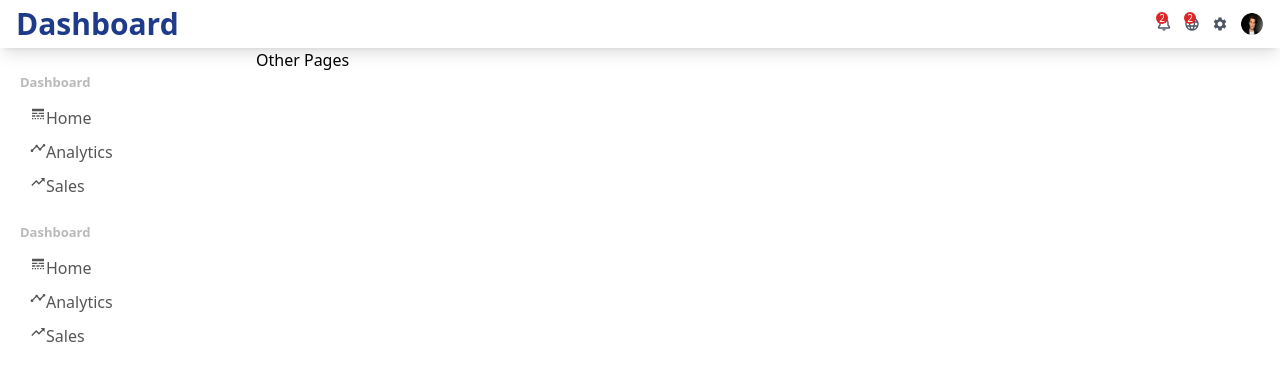
Repository: nation430/React-AdminDashboard
Page: /
An editor plug-in stored every save of this project. The page is shown before and after the next save, followed by the edit.
The browser window is 1280 px wide. The pictures show the whole page.
The project was rebuilt for these pictures with package versions that can differ from the ones it lists, and the page was loaded fresh each time.

Above is the page before, as saved 2022-08-18 12:12:51.

### public/index.html
<!DOCTYPE html>
<html lang="en">
  <head>
    <meta charset="utf-8" />
    <meta name="viewport" content="width=device-width, initial-scale=1" />
    <meta name="theme-color" content="#000000" />
    <meta
      name="description"
      content="Web site created using create-react-app"
    />
    <link rel="preconnect" href="https://fonts.googleapis.com" />
    <link rel="preconnect" href="https://fonts.gstatic.com" crossorigin />
    <link
      href="https://fonts.googleapis.com/css2?family=Source+Sans+Pro:wght@200;300;400;600;700&display=swap"
      rel="stylesheet"
    />

    <title>React Admin Dashboard</title>
  </head>
  <body>
    <noscript>You need to enable JavaScript to run this app.</noscript>
    <div id="root"></div>
  </body>
</html>

### src/index.css
@tailwind base;
h1 {
  @apply text-2xl;
}
h2 {
  @apply text-xl;
}
h3 {
  @apply text-lg;
}
@tailwind components;
@tailwind utilities;

* {
  margin: 0;
  padding:0;
  box-sizing: border-box;

}

### src/App.js
import Topbar from "./components/topbar/Topbar";
import Sidebar from "./components/sidebar/Sidebar";
import "./app.css";

function App() {
  return (
    <div>
      <Topbar />
      <div className="wrapper flex h-full">
        <Sidebar />
        <div className="other">Other Pages</div>
      </div>
    </div>
  );
}

export default App;

### src/components/topbar/Topbar.jsx
import React from "react";
import  "./topbar.css";
import { BiBell } from 'react-icons/bi';
import { MdLanguage, MdSettings  } from "react-icons/md";


export default function Topbar () {
    return(
        <div className="topbar w-full h-12 bg-white sticky top-0 z-50 shadow-lg ">
            <div className="topbarWeapper flex items-center justify-between h-full px-4 py-0">
            <div className="topLeft">
                <span className="logo font-bold text-3xl text-blue-900 cursor-pointer ...">Dashboard</span>
            </div>
            <div className="topRight flex items-center">

                {/* First icon  */}
                <div className="topbarIconsContainer relative cursor-pointer ... ml-3 text-gray-600">
                <BiBell />
                <span className="topIconBadge absolute text-white bg-red-600 right-1 -top-1 flex items-center justify-center rounded-full text-xs h-3 w-3">2</span>
                </div>

                   {/*second icon  */}
                <div className="topbarIconsContainer relative cursor-pointer ... ml-3 text-gray-600">
                <MdLanguage />
                <span className="topIconBadge absolute text-white bg-red-600 right-1 -top-1 flex items-center justify-center rounded-full text-xs h-3 w-3">2</span>
                </div>


                    {/*third icon  */}
                <div className="topbarIconsContainer relative cursor-pointer ... mx-3 text-gray-600">
                < MdSettings  />
                </div>

                <img src="images/img.png" alt="BigCo Inc. logo"  className="topAvater w-6 h-6 rounded-full cursor-pointer ..."/>

            </div>
            </div>
        </div>
    )

}

### src/components/sidebar/Sidebar.jsx
import "./sidebar.css";
import { MdLineStyle, MdOutlineTimeline, MdTrendingUp } from "react-icons/md";

export default function sidebar(){
    return(
        <div className="sidebar sticky bg-white">
        <div className="sidebarWrapper p-5">
            {/* first sidenavbar */}
            <div className="sidebarMenu mb-2.5">
                <h3 className="sidebarTitle">Dashboard</h3>
                <ul className="sidebarList px-4 py-0">
                    <li className="sidebarListItems flex">
                    <MdLineStyle />
                    Home
                    </li>

                    <li className="sidebarListItems flex">
                    <MdOutlineTimeline />
                    Analytics
                    </li>


                    <li className="sidebarListItems flex">
                    <MdTrendingUp />
                   Sales
                    </li>




                </ul>
            </div>

            {/* second sidenavbar */}
            <div className="sidebarMenu mb-2.5">
                <h3 className="sidebarTitle">Dashboard</h3>
                <ul className="sidebarList py-1">
                    <li className="sidebarListItems flex">
                    <MdLineStyle />
                    Home
                    </li>

                    <li className="sidebarListItems flex">
                    <MdOutlineTimeline />
                    Analytics
                    </li>


                    <li className="sidebarListItems flex">
                    <MdTrendingUp />
                   Sales
                    </li>
                </ul>
            </div>
        </div>
        </div>
    )
}

### src/app.css

* {
    margin: 0;
    padding:0;
    box-sizing: border-box;

}

.other {
    flex:4;

}

h1{
    font-size: 2em ;
    font-weight: bolder;
}

h2{
    font-size: 1.5em ;
    font-weight: bolder;
}

h3{
    font-size: 1.17em ;
    font-weight: bolder;
}

### src/components/topbar/topbar.css
.text-xs{
    font-size: 10px;
  }

### src/components/sidebar/sidebar.css
.sidebar{
    flex: 1;
    height: calc(100vh - 50px);
    top:50px;
}

.sidebarWrapper{
    color: #555;
}

.sidebarTitle{
    font-size: 13px;
    color:rgb(187, 186, 186);
}

.sidebarList{
    padding:5px;

}


.sidebarListItems {
    padding:5px;
}

Loaded but not shown: src/index.js (common file); tailwind.config.js (common file)

After the next save:
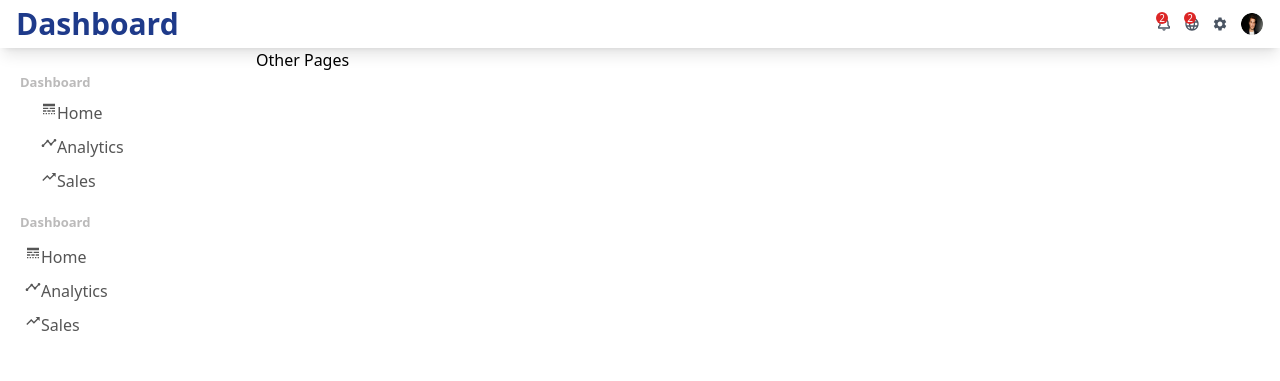
Saved 15 s later.
--- a/src/components/sidebar/sidebar.css
+++ b/src/components/sidebar/sidebar.css
@@ -14,7 +14,7 @@
 }
 
 .sidebarList{
-    padding:5px;
+    /* padding:5px; */
 
 }
 

After the save that followed:
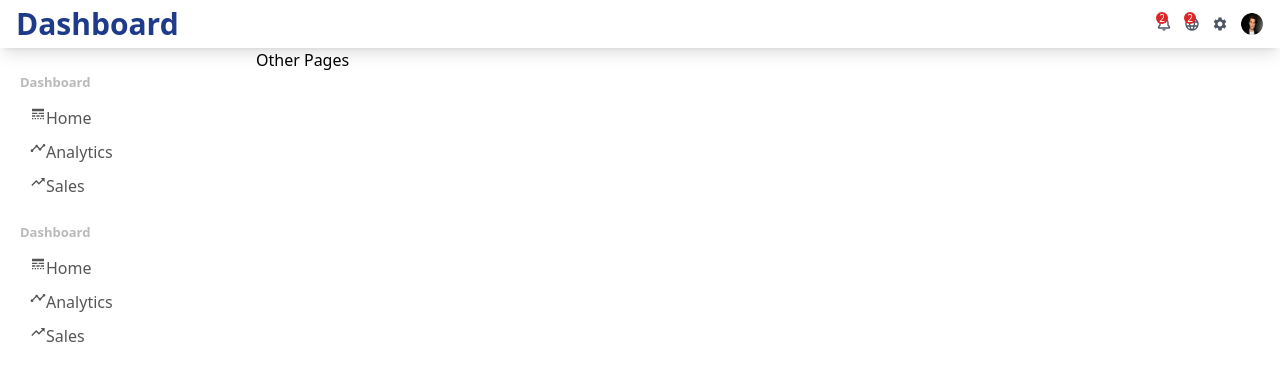
Saved 14 s later.
--- a/src/components/sidebar/sidebar.css
+++ b/src/components/sidebar/sidebar.css
@@ -14,7 +14,7 @@
 }
 
 .sidebarList{
-    /* padding:5px; */
+    padding:5px;
 
 }
 
